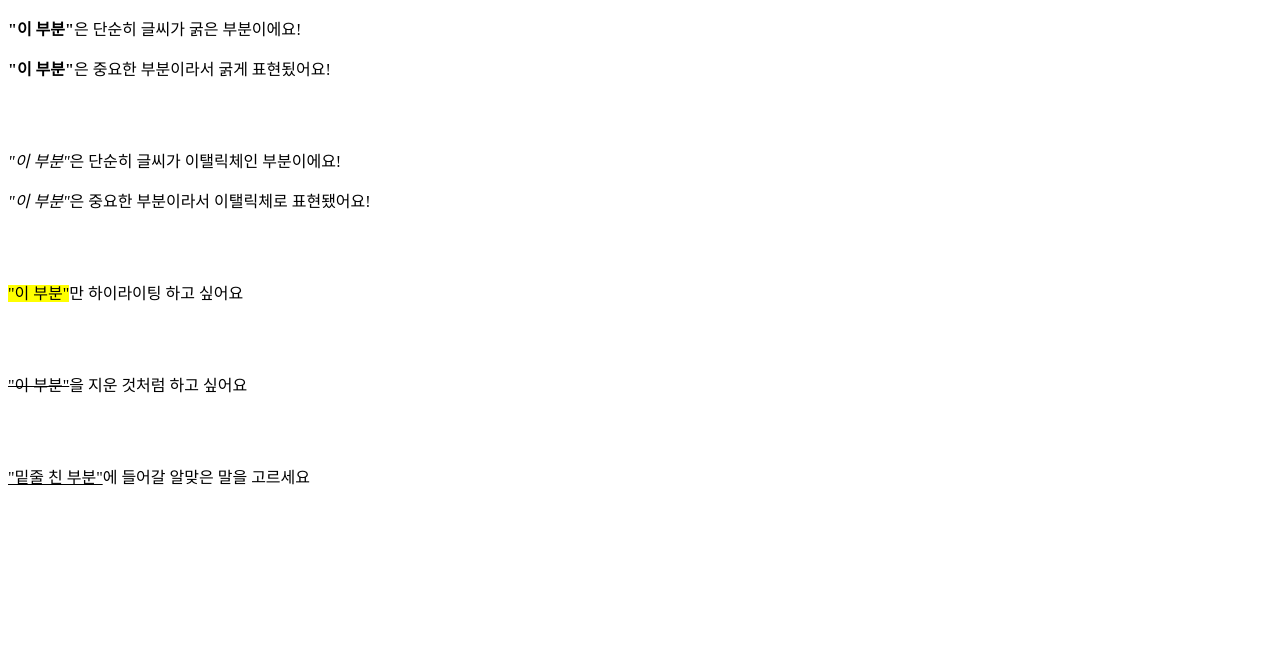
Repository: JaeHyun-Ban/study_html
Page: TCP_HTML/WebContent/ex02_07.html
These files come from the project's save history. The page is drawn as it stood at one moment and after the next save; the edit follows.
The browser window is 1280 px wide. The pictures show the whole page.

Above is the page before, as saved 2020-08-27 04:49:33.

### TCP_HTML/WebContent/ex02_07.html
<!DOCTYPE html>
<html>
<head>
<meta charset="UTF-8">
<title>강조 효과</title>
</head>
<body>
	<p><b>"이 부분"</b>은 단순히 글씨가 굵은 부분이에요!</p>
	<p><strong>"이 부분"</strong>은 중요한 부분이라서 굵게 표현됬어요!</p>

	<br><br>

	<p><i>"이 부분"</i>은 단순히 글씨가 이탤릭체인 부분이에요!</p>
	<p><em>"이 부분"</em>은 중요한 부분이라서 이탤릭체로 표현됐어요!</p>

	<br><br>

	<p><mark>"이 부분"</mark>만 하이라이팅 하고 싶어요</p>

	<br><br>

	<p><del>"이 부분"</del>을 지운 것처럼 하고 싶어요</p>

	<br><br>

	<p><ins>"밑줄 친 부분"</ins>에 들어갈 알맞은 말을 고르세요</p>

</body>
</html>

After the next save:
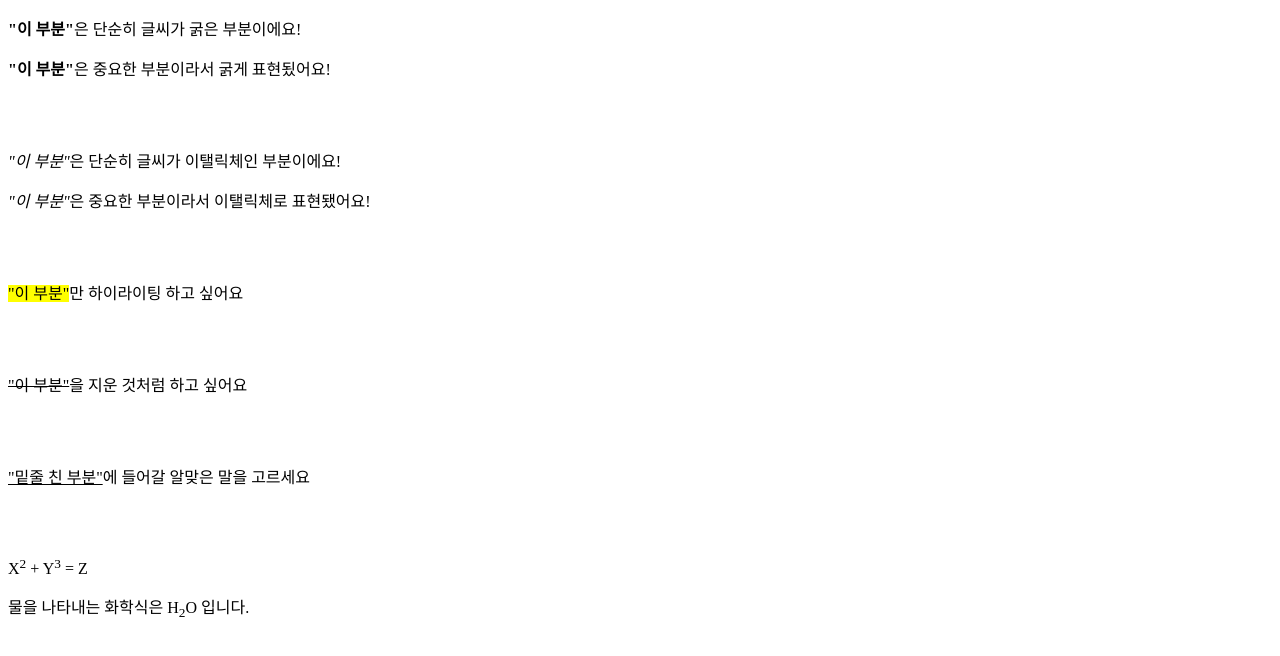
Saved 2 min 36 s later.
--- a/TCP_HTML/WebContent/ex02_07.html
+++ b/TCP_HTML/WebContent/ex02_07.html
@@ -25,5 +25,11 @@
 
 	<p><ins>"밑줄 친 부분"</ins>에 들어갈 알맞은 말을 고르세요</p>
 
+	<br><br>
+
+	<p>X<sup>2</sup> + Y<sup>3</sup> = Z</p>
+	<p>물을 나타내는 화학식은 H<sub>2</sub>O 입니다.</p>
+
+
 </body>
 </html>
